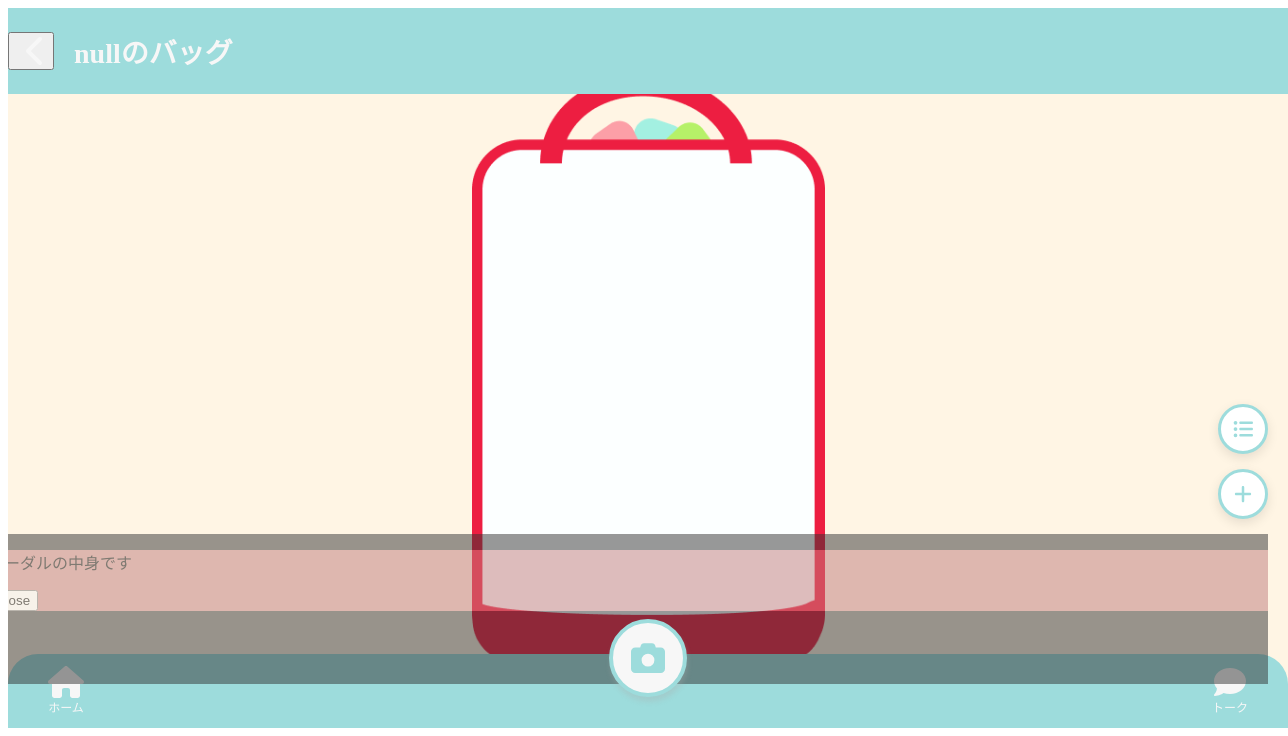
Repository: yamagataYK/pair-bag
Page: /bag, after clicking the first element matching `button.modal_249b3_addButton`
The author's editor kept a copy of each file at every save. The page is drawn from the files as they stood at one save, then again after the next save.
The browser window is 1280 px wide. The page is 1288 px wide, so the pictures cover 1288 px, including what lies to the right of the window. The pictures show the whole page.
An inner scrolling area shows only its first screen. The project was rebuilt for these pictures with package versions that can differ from the ones it lists, and the page was loaded fresh each time. The framework's server and built-in components were replaced by stand-ins that run in the browser. Also part of the build but not shown: next.config.ts.

Above is the page before, as saved 2025-07-17 15:11:11.

### src/app/layout.tsx
import type { Metadata } from "next";
import { Noto_Sans_JP } from "next/font/google";
import "./globals.css";
import 'ress'

const notoSansJp = Noto_Sans_JP({
  variable: "--font-geist-sans",
  subsets: ["latin"],
});

export const metadata: Metadata = {
  title: "PairBag",
  description: "Generated by create next app",
};

export default function RootLayout({ children, }: Readonly<{
  children: React.ReactNode;
}>) {
  return (
    <html lang="ja">
      <body className={`${notoSansJp.variable}`}>
        {children}
      </body>
    </html>
  );
}

### src/app/bag/page.tsx
'use client'

import styles from "./page.module.css";
import Main from "@/components/main";
import Footer from "@/components/footer";
import Header from "@/components/header";
import Modal from "@/components/modal"
import { FontAwesomeIcon } from "@fortawesome/react-fontawesome";
import { faListUl } from "@fortawesome/free-solid-svg-icons";
import { useSearchParams } from "next/navigation";



export default function Page() {
    const searchParams = useSearchParams();
    const color = searchParams.get('color');
    const name = searchParams.get('name');



    const handleColor = () => {
        switch (color) {
            case "red":
                return styles.red
            case "blue":
                return styles.blue
            case "green":
                return styles.green

            default:
                return styles.red
        }
    }

    return (
        <>
            <Header title={`${name}のバッグ`} />
            <Main className={styles.main}>
                <div className={`${styles.bagImage} ${handleColor()}`}>
                    <div className={styles.addButtonWrap}>
                        <button type="button" className={styles.addButton}>
                            <FontAwesomeIcon icon={faListUl} className={styles.icon} />
                        </button>
                        <Modal></Modal>
                    </div>
                </div>
            </Main>
            <Footer />
        </>

    );
}

### src/app/bag/page.module.css
/* bagの中身のcss */
.main {
    width: 100%;
    background-color: #FFF5E4;
    position: relative;
}


.bagImage {
    width: 100%;
    height: 100%;
    background-size: contain;
    background-position: center center;
    background-repeat: no-repeat;
    margin-top: -20px;

}

.red {
    background-image: url('/images/bag-background.png');
}

.blue {
    background-image: url('/images/bag-background2.png');
}

.green {
    background-image: url('/images/bag-background3.png');
}

.addButtonWrap {
    position: absolute;
    right: 20px;
    bottom: 150px;
    display: flex;
    flex-direction: column;
    gap: 15px;
}

.addButton {
    width: 50px;
    height: 50px;
    padding: 12px;
    border-radius: 50%;
    border: 3px solid #9DDCDC;
    background-color: #FFFFFF;
    box-shadow: 0 4px 12px rgba(0, 0, 0, 0.1);
}

.icon {
    margin: auto;
    width: 100%;
    height: 100%;
    color: #9DDCDC;
}

### src/components/main.tsx
import { ReactNode } from "react";
import styles from "./main.module.css";

type Props = {
    children?: ReactNode,
    className: string
}

export default function Main(props: Props) {
    return (
        <main className={`${styles.main} ${props.className}`}>
            {props.children}
        </main>
    );
}

### src/components/footer.tsx

import styles from './footer.module.css';
import Link from 'next/link';
import { FontAwesomeIcon } from '@fortawesome/react-fontawesome';
import { faCamera, faHouse, faComment } from '@fortawesome/free-solid-svg-icons';

export default function Footer() {
    return (

        <footer className={styles.footer}>

            <Link href="/" className={styles.navItem}>
                <FontAwesomeIcon icon={faHouse} className={styles.icon} />
                <span className={styles.text}>ホーム</span>
            </Link>
            <div className={styles.cameraButtonWrapper}>
                <Link href="/camera" className={styles.cameraButton}>
                    <FontAwesomeIcon icon={faCamera} className={styles.cameraIcon} />
                </Link>
            </div>
            <Link href="/chat" className={styles.navItem}>
                <FontAwesomeIcon icon={faComment} className={styles.icon} />
                <span className={styles.text}>トーク</span>
            </Link>


        </footer>
    )
}

### src/components/header.tsx

'use client'

import styles from './header.module.css';
import { FontAwesomeIcon } from '@fortawesome/react-fontawesome';
import { faChevronLeft } from '@fortawesome/free-solid-svg-icons';
import { useRouter } from 'next/navigation';

type Props = {
    title: string
}

export default function Header(props: Props) {

    const router = useRouter()

    return (
        <header className={styles.header}>
            <button onClick={() => router.back()}>
                <FontAwesomeIcon icon={faChevronLeft} className={styles.icon} />
            </button>
            <h2 className={styles.title}>{props.title}</h2>
        </header>
    );
};

### src/components/modal.tsx
'use client'

import styles from "./modal.module.css";
import { FontAwesomeIcon } from "@fortawesome/react-fontawesome";
import { faPlus } from "@fortawesome/free-solid-svg-icons";
import { useState } from "react";


export default function Modal() {

    const [isOpen, setIsOpen] = useState(false);

    const toggleModal = () => {
        setIsOpen(!isOpen);
    };

    return (
        <>
            <button type="button" className={styles.addButton}
                onClick={toggleModal}
            >
                <FontAwesomeIcon icon={faPlus} className={styles.icon} />
            </button>
            {isOpen && (
                <div style={{ position: "relative" }}>
                    <div
                        className={styles.modalOverlay}
                        onClick={toggleModal}>
                        <div className={styles.modalStyle}>
                            <p>モーダルの中身です</p>
                            <button onClick={toggleModal}>Close</button>
                        </div>
                    </div>
                </div>
            )}
        </>
    )
};

### src/components/main.module.css
.main{
    width: 100%;
    height: 100%;
    overflow: auto;
}

### src/components/footer.module.css
.footer {
    position: relative;
    background-color: #9DDCDC;
    height: 90px;
    border-radius: 30px 30px 0 0;
    display: flex;
    justify-content: space-between;
    align-items: center;
    padding: 0 40px;
    margin-top: -30px;
}

.navItem {
    display: flex;
    flex-direction: column;
    align-items: center;
    text-decoration: none;
}

.icon {
    font-size: 32px;
    color: #F7F7F7;
}

.text {
    font-size: 12px;
    color: #F7F7F7;
}

.cameraButtonWrapper {
    position: absolute;
    top: -35px;
    left: 50%;
    transform: translateX(-50%);
    z-index: 1;
}

.cameraButton {
    background-color: #F7F7F7;
    border: #9DDCDC 4px solid;
    border-radius: 50%;
    width: 70px;
    height: 70px;
    display: flex;
    justify-content: center;
    align-items: center;
    box-shadow: 1px 5px 5px 0px rgba(171, 171, 171, 0.30);
    text-decoration: none;
}

.cameraIcon {
    color: #9DDCDC;
    font-size: 34px;
}

### src/components/header.module.css
.header {
    width: 100%;
    height: 100px;
    display: flex;
    align-items: center;
    gap: 20px;
    background-color: #9DDCDC;

}


.icon {
    font-size: 32px;
    padding-left: 10px;
    color: #F7F7F7;
}

.title {
    font-size: 28px;
    color: #F7F7F7;
}

### src/components/modal.module.css
.addButtonWrap {
    position: absolute;
    right: 20px;
    bottom: 150px;
    display: flex;
    flex-direction: column;
    gap: 15px;
}

.addButton {
    width: 50px;
    height: 50px;
    padding: 12px;
    border-radius: 50%;
    border: 3px solid #9DDCDC;
    background-color: #FFFFFF;
    box-shadow: 0 4px 12px rgba(0, 0, 0, 0.1);
}

.icon {
    margin: auto;
    width: 100%;
    height: 100%;
    color: #9DDCDC;
}


.modalOverlay {
    width: 100vw;
    height: 100vh;
    background-color: #333;
    opacity: 50%;
    position: absolute;
    top: 0;
    right: 0;
    z-index: 1;
}

.modalStyle {
    /* top: 30px;
    left: 30px; */
    background-color: #be7b7b;
    z-index: 10;
}

Loaded but not shown: src/app/globals.css (common file)

After the next save:
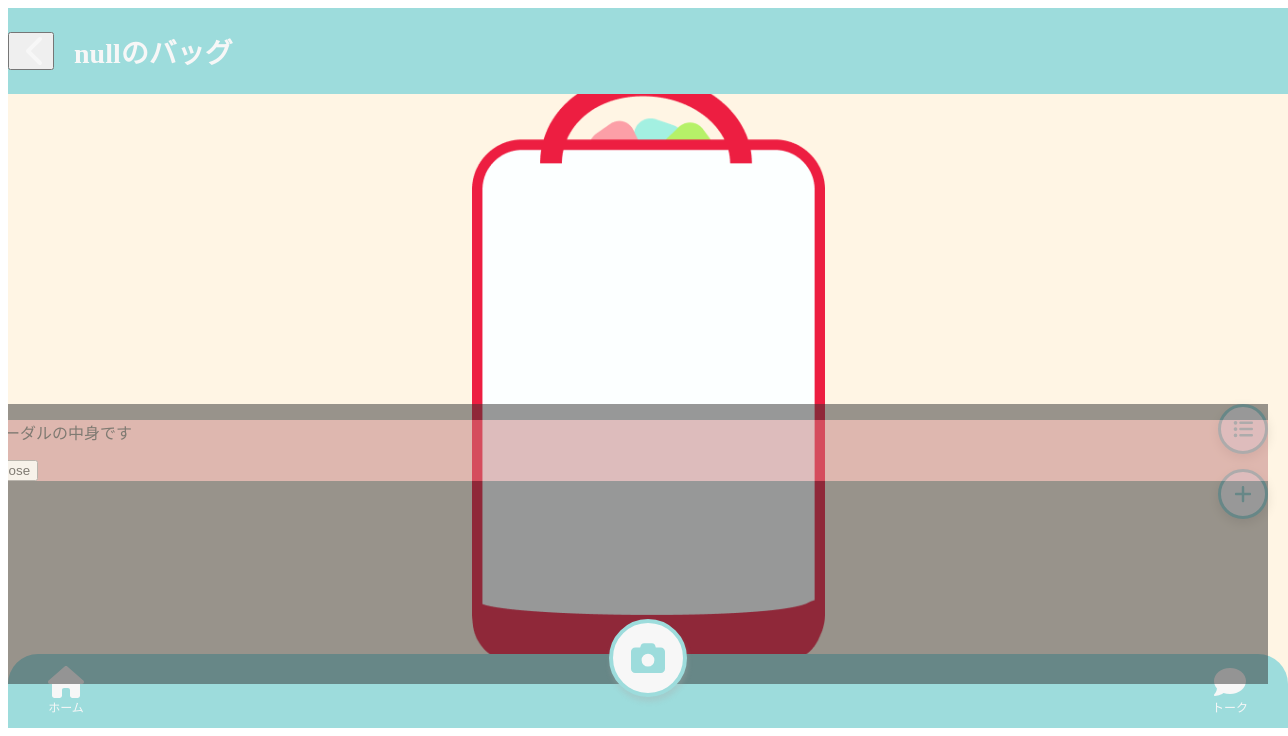
Saved 32 s later.
--- a/src/components/modal.tsx
+++ b/src/components/modal.tsx
@@ -22,7 +22,7 @@ export default function Modal() {
                 <FontAwesomeIcon icon={faPlus} className={styles.icon} />
             </button>
             {isOpen && (
-                <div style={{ position: "relative" }}>
+                <div>
                     <div
                         className={styles.modalOverlay}
                         onClick={toggleModal}>
